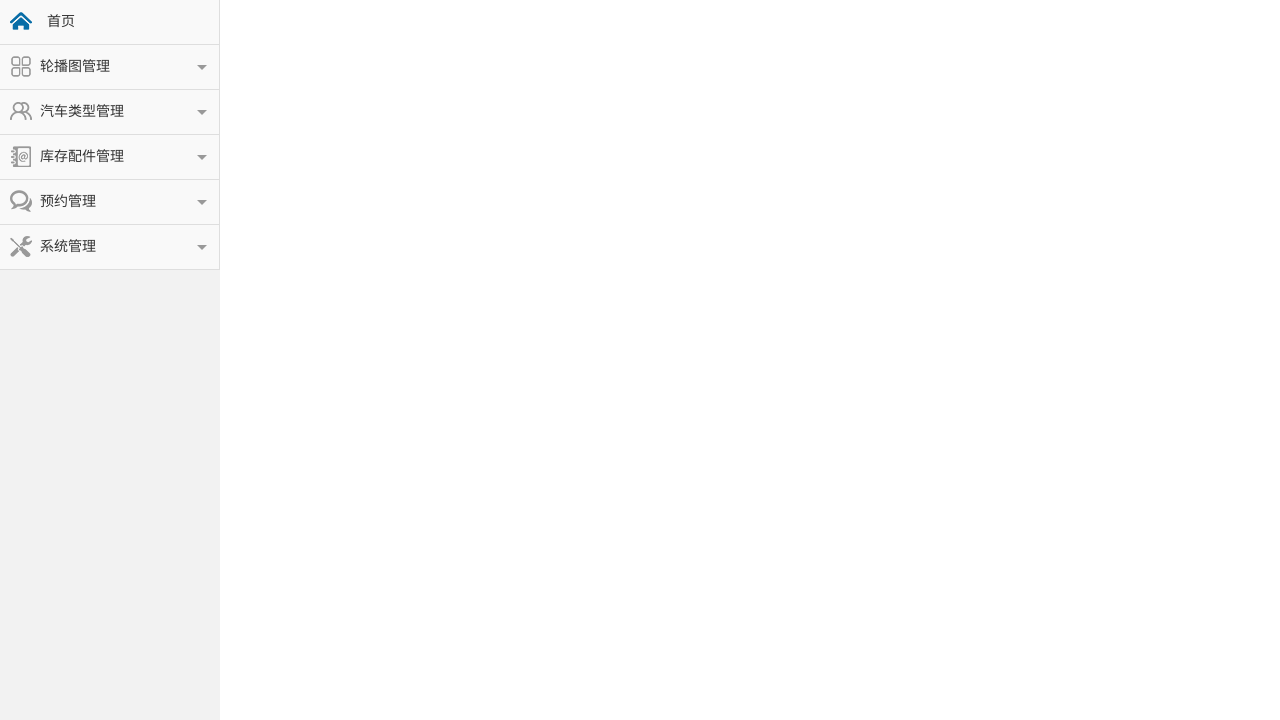
Repository: liaojingrui01/CarRepair
Page: http://localhost/CarWebPro/backstage/inc/left.jsp
An editor plug-in stored every save of this project. The page is shown before and after the next save, followed by the edit.
The browser window is 1280 px wide. The pictures show the whole page.
The page is served by Tomcat 9.

Above is the page before, as saved 2019-07-03 11:15:06.

After the next save:
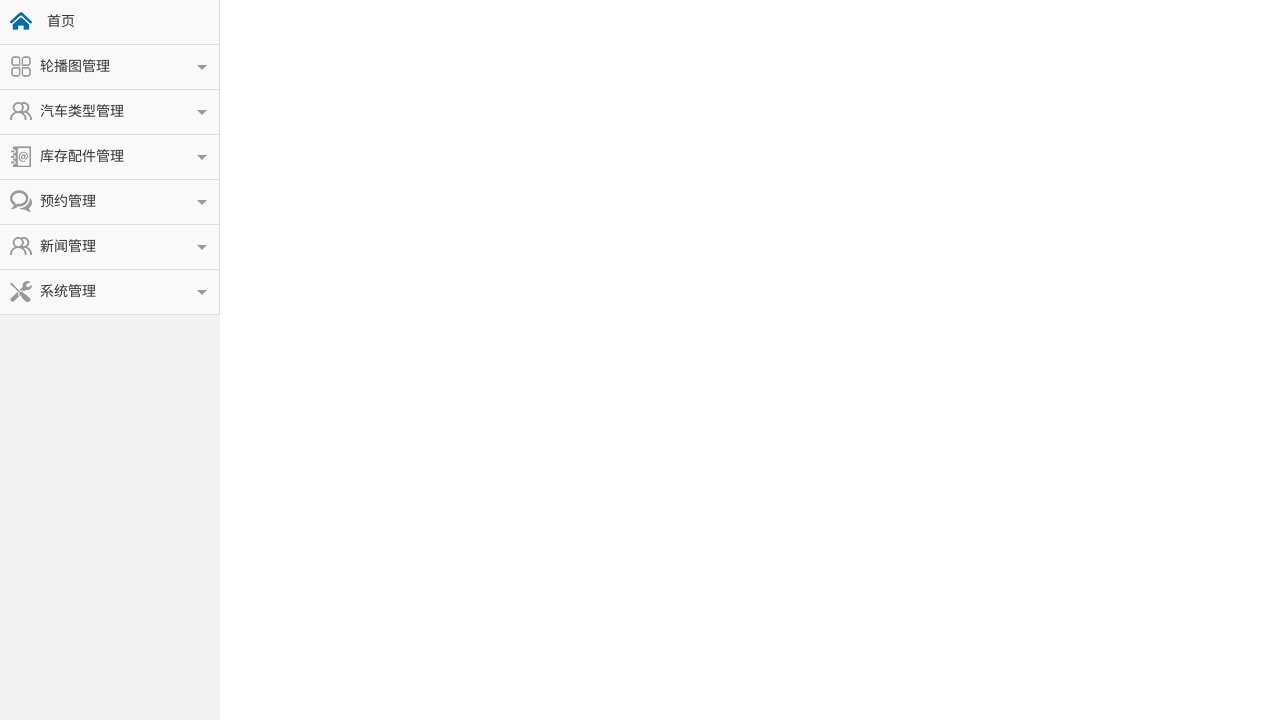
Saved 39 s later.
--- a/CarWebPro/WebContent/backstage/inc/left.jsp
+++ b/CarWebPro/WebContent/backstage/inc/left.jsp
@@ -82,6 +82,23 @@
 						</dd>
 					</dl>
 
+
+					<dl class="system_log">
+						<dt>
+					<img class="icon1" src="../img/coin07.png" /><img class="icon2"
+						src="../img/coin08.png" />新闻管理<img class="icon3"
+						src="../img/coin19.png" /><img class="icon4"
+						src="../img/coin20.png" />
+						</dt>
+						<dd>
+							<img class="coin11" src="../img/coin111.png" />
+							<img class="coin22" src="../img/coin222.png" />
+							<a href="${pageContext.request.contextPath }/NewsUrl?op=queryNewsInfo" target="main"  class="cks">汽车列表</a>
+							<img class="icon5" src="../img/coin21.png" />
+						</dd>
+					</dl>
+
+
 					<dl class="system_log">
 						<dt>
 					<img class="icon1" src="../img/coinL1.png" /><img class="icon2"
